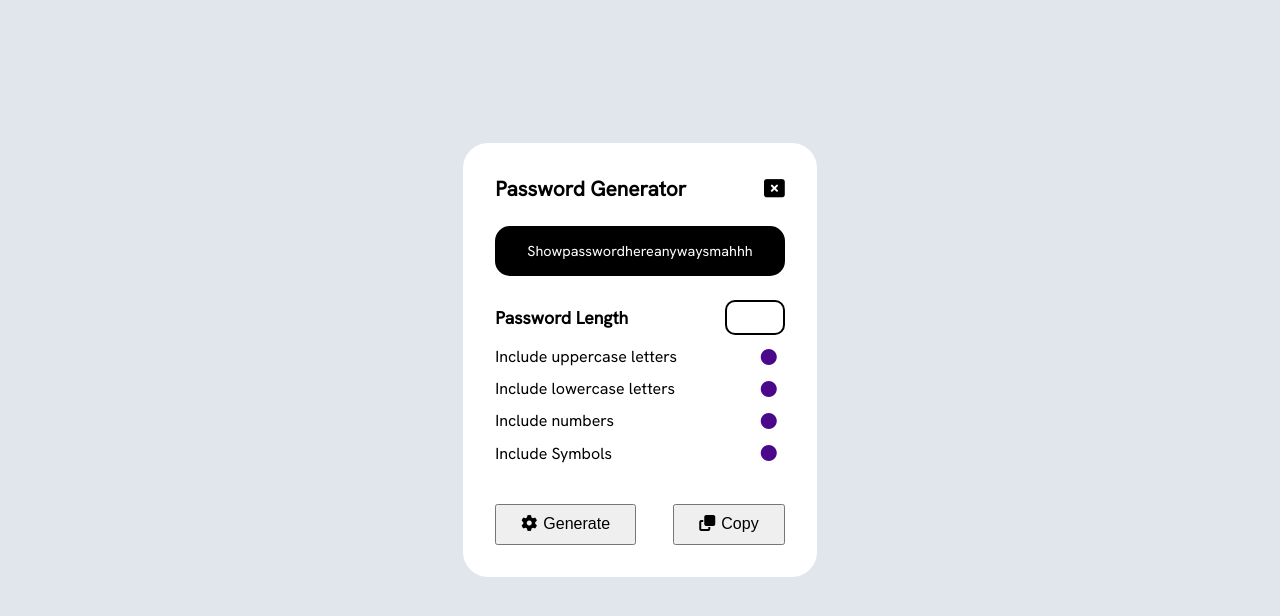
Repository: emiliaiwu/password_generator
Page: index.html
An editor plug-in stored every save of this project. The page is shown before and after a run of saves, followed by the edit.
The browser window is 1280 px wide. The pictures show the whole page.
Some web libraries are served in a nearby version.

Above is the page before, as saved 2022-12-14 04:43:03.

After the next 2 saves:
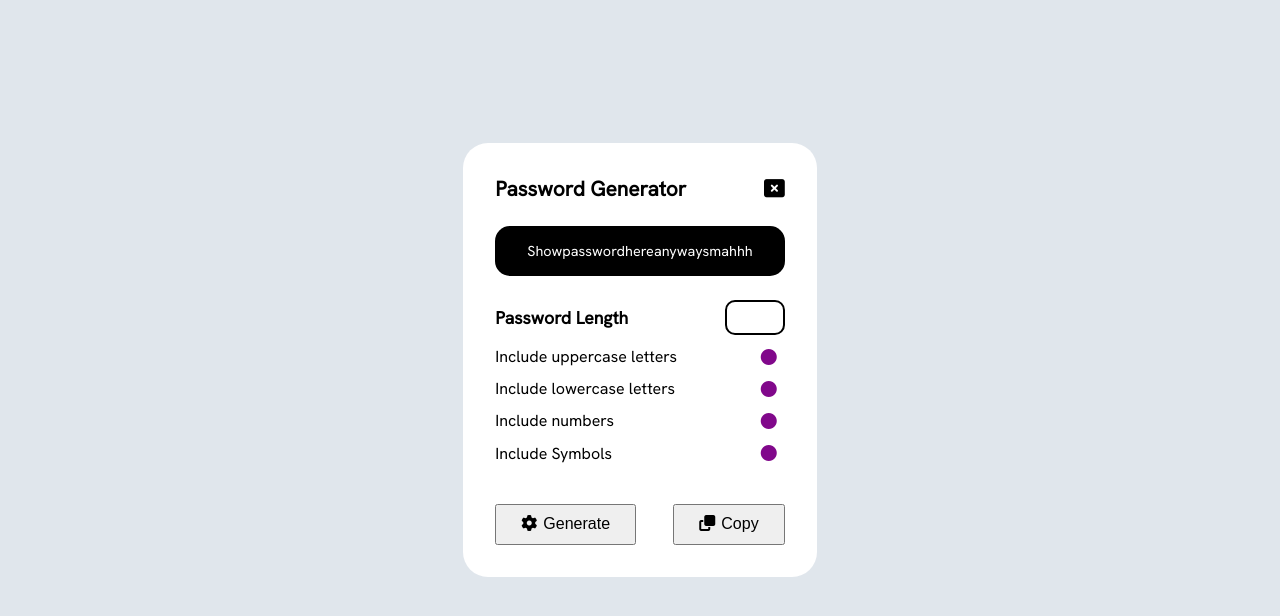
The 2 saves are shown as one change because they came seconds apart.
The last was saved 9 s later.
--- a/style.css
+++ b/style.css
@@ -109,7 +109,7 @@ label {
 }
 
 .fa-circle {
-    color: rgb(76, 8, 139);
+    color: rgb(129, 8, 139);
 }
 
 .fa-circle-check{
